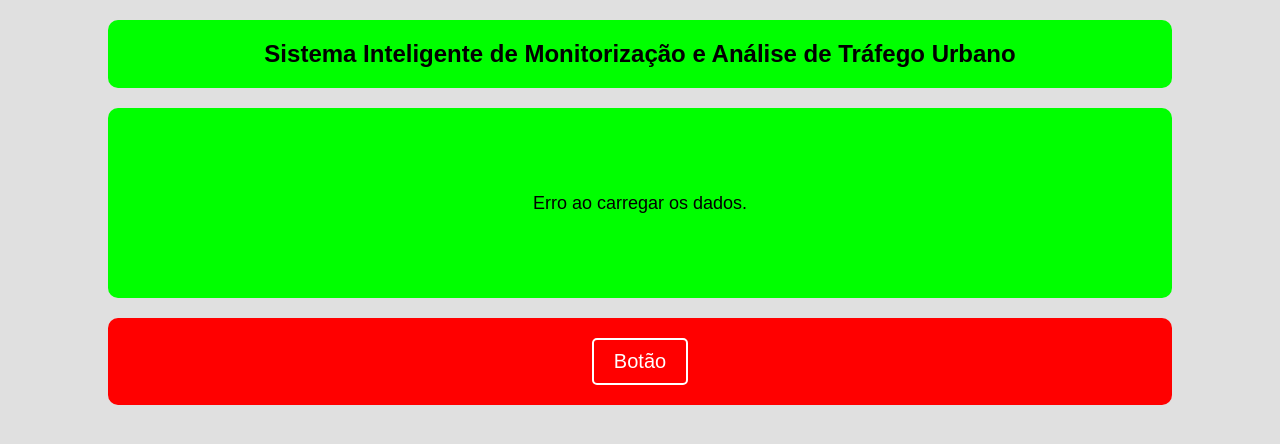
Repository: EduardoJunqueira2004/Intelligent-Traffic-System-CyberPhysical
Page: ciberfisicos_trabalho_api/interface.html
These files come from the project's save history. The page is drawn as it stood at one moment and after a run of saves; the edit follows.
The browser window is 1280 px wide. The pictures show the whole page.
The page's requests for data from a server got no answer.

Above is the page before, as saved 2025-01-05 21:38:53.

### ciberfisicos_trabalho_api/interface.html
<!DOCTYPE html>
<html lang="en">
<head>
    <meta charset="UTF-8">
    <meta name="viewport" content="width=device-width, initial-scale=1.0">
    <title>Monitorização e Análise de Tráfego Urbano</title>
    <style>
        body {
            font-family: Arial, Helvetica, sans-serif;
            background-color: #e0e0e0;
            color: #000;
            text-align: center;
            margin: 0;
            padding: 0;
        }
        .header, .data-display, .button-container {
            margin: 20px auto;
            padding: 20px;
            border-radius: 10px;
            width: 80%;
        }
        .header {
            background-color: #00ff00;
            font-size: 24px;
            font-weight: bold;
        }
        .data-display {
            background-color: #00ff00;
            height: 150px;
            display: flex;
            justify-content: center;
            align-items: center;
            font-size: 18px;
        }
        .button-container {
            background-color: #ff0000;
            text-align: center;
        }
        .button-container button {
            background-color: transparent;
            color: white;
            font-size: 20px;
            padding: 10px 20px;
            border: 2px solid white;
            border-radius: 5px;
            cursor: pointer;
        }
        .button-container button:hover {
            background-color: white;
            color: #ff0000;
        }
    </style>
</head>
<body>
    <div class="header">
        Sistema Inteligente de Monitorização e Análise de Tráfego Urbano
    </div>

    <!-- MOstrar dados -->
    <div class="data-display" id="data-display">
        Dados do Servidor irão aparecer aqui neste campo
    </div>

    <!-- Botão para enviar dados -->
    <div class="button-container">
        <button id="toggle-light" onclick="sendPostRequest()">Botão</button>
    </div>

    <script>
        // Função GET
        async function fetchData() {
            try {
                const response = await fetch('http://192.168.255.5:8080/dados');
                const data = await response.json();

                const display = document.getElementById('data-display');
                display.innerHTML = `
                    <ul>
                        <li>Estado: ${data.state}</li>
                        <li>Touch Count: ${data.touchCount}</li>
                        <li>Total Touch Time: ${data.totalTouchTime}</li>
                    </ul>
                `;
            } catch (error) {
                console.error('Erro ao encontrar dados:', error);
                document.getElementById('data-display').innerText = 'Erro ao carregar os dados.';
            }
        }

        //POST
        async function sendPostRequest() {
            const payload = {
                state: 'NEXT', // Este "NEXT" será tratado no backend
                touchCount: 1,
                totalTouchTime: 0,
            };

            try {
                const response = await fetch('http://192.168.255.5:8080/dados', {
                    method: 'POST',
                    headers: {
                        'Content-Type': 'application/json',
                    },
                    body: JSON.stringify(payload),
                });

                if (response.ok) {
                    alert('Dados enviados com sucesso! O estado mudará rapidamente.');
                    setTimeout(fetchData, 200); // Atualizar os dados após 200ms
                } else {
                    alert('Erro ao enviar dados.');
                }
            } catch (error) {
                console.error('Erro ao enviar dados:', error);
                alert('Erro ao conectar ao servidor.');
            }
        }



        // Carregar dados do servidor ao iniciar a página
        window.onload = fetchData;
    </script>
</body>
</html>

After the next 3 saves:
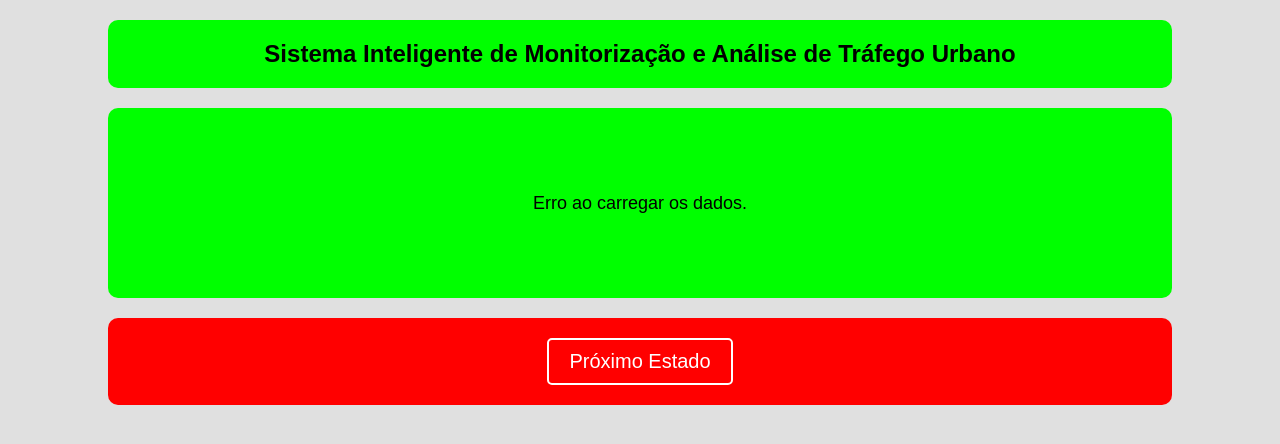
The 3 saves are shown as one change because they came seconds apart.
The last was saved 20 min 16 s later.
--- a/ciberfisicos_trabalho_api/interface.html
+++ b/ciberfisicos_trabalho_api/interface.html
@@ -56,21 +56,21 @@
         Sistema Inteligente de Monitorização e Análise de Tráfego Urbano
     </div>
 
-    <!-- MOstrar dados -->
+    <!-- Mostrar dados -->
     <div class="data-display" id="data-display">
         Dados do Servidor irão aparecer aqui neste campo
     </div>
 
     <!-- Botão para enviar dados -->
     <div class="button-container">
-        <button id="toggle-light" onclick="sendPostRequest()">Botão</button>
+        <button id="toggle-light" onclick="sendPostRequest()">Próximo Estado</button>
     </div>
 
     <script>
         // Função GET
         async function fetchData() {
             try {
-                const response = await fetch('http://192.168.255.5:8080/dados');
+                const response = await fetch('/api/dados');
                 const data = await response.json();
 
                 const display = document.getElementById('data-display');
@@ -87,7 +87,7 @@
             }
         }
 
-        //POST
+        // Função POST
         async function sendPostRequest() {
             const payload = {
                 state: 'NEXT', // Este "NEXT" será tratado no backend
@@ -96,7 +96,7 @@
             };
 
             try {
-                const response = await fetch('http://192.168.255.5:8080/dados', {
+                const response = await fetch('/api/dados', {
                     method: 'POST',
                     headers: {
                         'Content-Type': 'application/json',
@@ -105,10 +105,10 @@
                 });
 
                 if (response.ok) {
-                    alert('Dados enviados com sucesso! O estado mudará rapidamente.');
+                    alert('Estado atualizado!');
                     setTimeout(fetchData, 200); // Atualizar os dados após 200ms
                 } else {
-                    alert('Erro ao enviar dados.');
+                    alert('Erro ao atualizar estado.');
                 }
             } catch (error) {
                 console.error('Erro ao enviar dados:', error);
@@ -116,8 +116,6 @@
             }
         }
 
-
-
         // Carregar dados do servidor ao iniciar a página
         window.onload = fetchData;
     </script>
